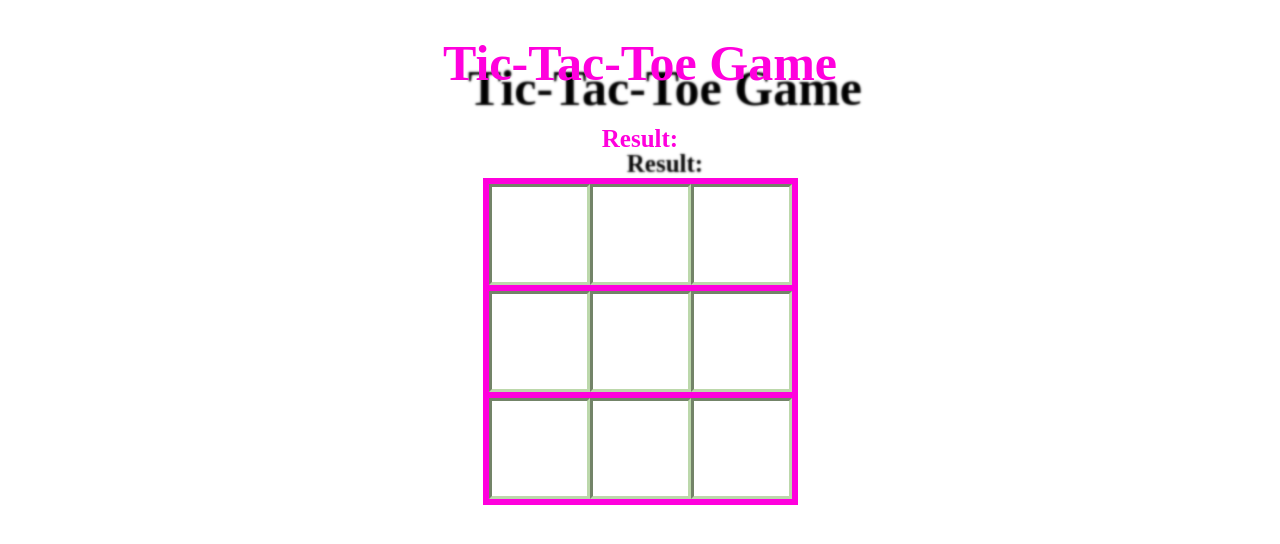
Repository: 0101chaitanya/Tic-Tac-Toe
Page: index.html
The author's editor kept a copy of each file at every save. The page is drawn from the files as they stood at one save, then again after the next save.
The browser window is 1280 px wide. The pictures show the whole page.

Above is the page before, as saved 2021-06-09 18:11:30.

### index.html
<!DOCTYPE html>
<html>
    <head>
<meta charset="utf-8">
<title>Tic-Tac-Toe Game</title>
<link rel="stylesheet" href="styles.css">
    </head>
<body>
    <h1 id="heading">Tic-Tac-Toe Game</h1>

    <div id = "Output">
        <p  >Result:</p>
    </div>
    <div id = "gameSquare">

    <div id = "row1">
    <div class = "r1Column"></div>
    <div class = "rlColumn"></div>
    <div class = "rlColumn"></div>
</div>
<div id = "row2">
    <div class = "r2Column"></div>
    <div class = "r2Column"></div>
    <div class = "r2Column"></div>
</div>
<div id = "row3">
    <div class = "r3Column"></div>
    <div class = "r3Column"></div>
    <div class = "r3Column"></div>
</div>
</div>
</body>
<script type="text/javascript" src="script.js"></script>
</html>

### styles.css
:root{
    text-align: center;
font-weight: bold;
text-shadow: 1rem 1rem 0.09rem black;
}
@media  screen and (max-width: 400px){
    :root{
        color:blue;
        font-size: 14px;
}

}
@media  screen and (min-width: 401px) and (max-width: 700px){
    :root{
        color:rgb(30, 255, 0);
        font-size: 18px;
}


}@media  screen and (min-width: 701px) {
    :root{
        color:rgb(255, 0, 221);
        font-size:25px;
}

}

#gameSquare{
    border-style: solid;
    width:min-content;
    height:min-content;
    display:block;
    margin:auto;
}
#gameSquare>div:nth-child(n){
    border-style: solid;
    width:min-content;
    height:min-content;
    display:flex;
    justify-content:center;
    align-items:center;
}
#gameSquare>div:nth-child(n)>div:nth-child(n){
    display:block;
    margin: auto;
    border-style: solid;
    width:3.8rem;
    height:3.8rem;
border-style:inset;
border-color: rgb(188, 216, 171);;
}

### script.js
/* (function(){
let
})(); */

After the next save:
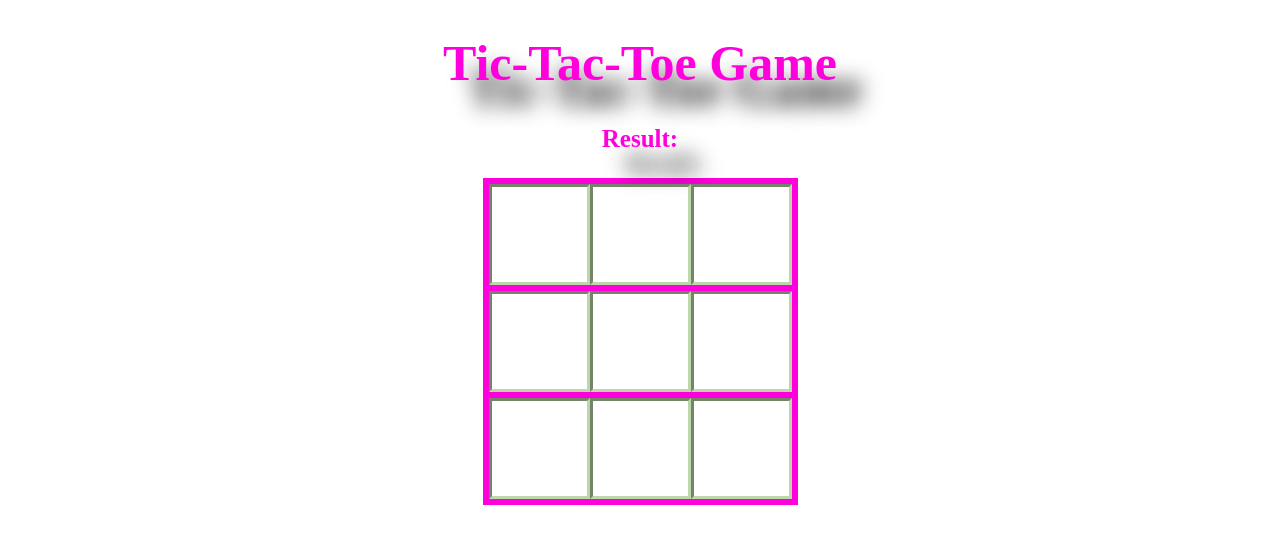
Saved 7 s later.
--- a/styles.css
+++ b/styles.css
@@ -1,7 +1,7 @@
 :root{
     text-align: center;
 font-weight: bold;
-text-shadow: 1rem 1rem 0.09rem black;
+text-shadow: 1rem 1rem 0.9rem black;
 }
 @media  screen and (max-width: 400px){
     :root{
